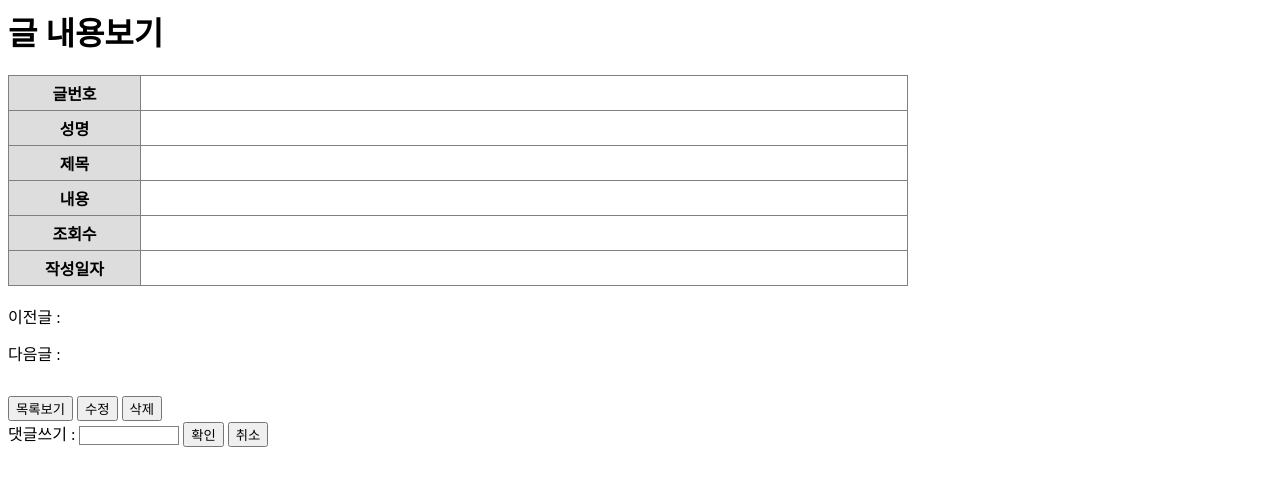
Repository: gold37/Spring
Page: http://localhost/Board/WEB-INF/views/tiles1/board/view.jsp
The author's editor kept a copy of each file at every save. The page is drawn from the files as they stood at one save, then again after the next save.
The browser window is 1280 px wide. The pictures show the whole page.
The page is served by Tomcat 9. Nobody is signed in. The template is opened directly, without the code that normally fills it, so the values that code supplies are empty.

Above is the page before, as saved 2020-07-17 05:31:28.
Console error: ReferenceError: $ is not defined

After the next save:
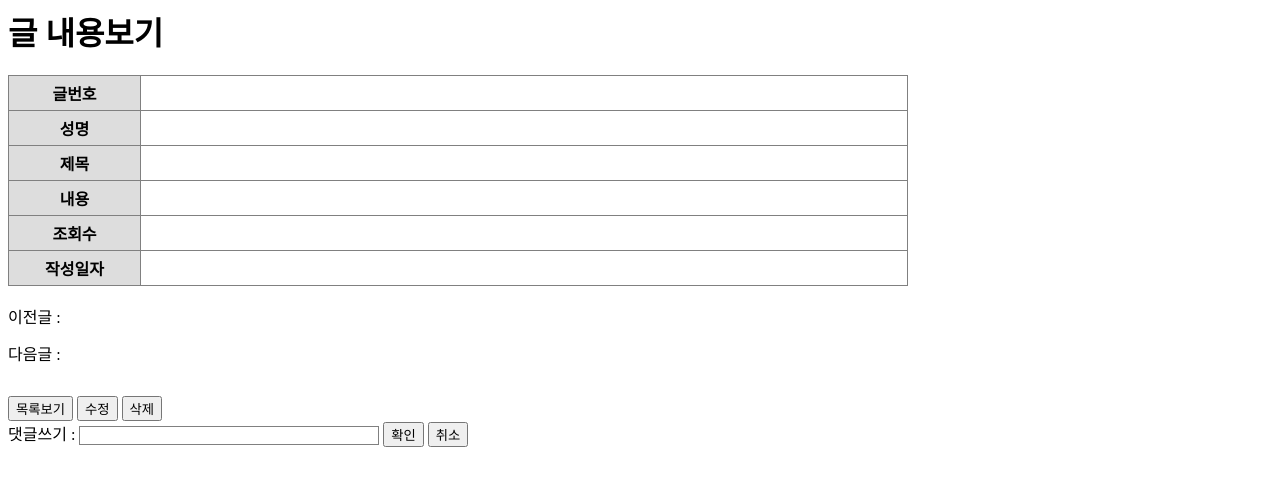
Saved 7 s later.
--- a/springworkspace/Board/src/main/webapp/WEB-INF/views/tiles1/board/view.jsp
+++ b/springworkspace/Board/src/main/webapp/WEB-INF/views/tiles1/board/view.jsp
@@ -96,7 +96,7 @@ a {text-decoration: none !important;}
 
 
 	<div>
-	댓글쓰기 : <input type="text" style="width: 100px; " >
+	댓글쓰기 : <input type="text" style="width: 300px; " >
 	<button>확인</button>
 	<button>취소</button>
 	</div>
